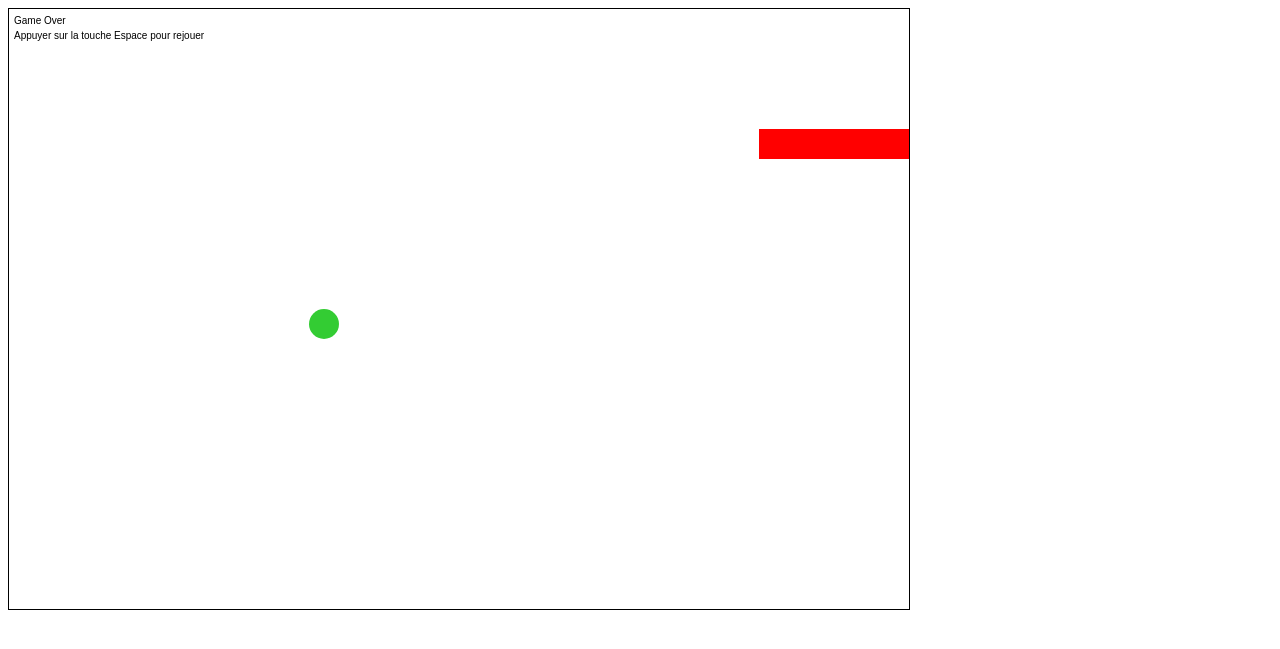
Repository: 0Memo/serpent
Page: index.html
An editor plug-in stored every save of this project. The page is shown before and after the next save, followed by the edit.
The browser window is 1280 px wide. The pictures show the whole page.

Above is the page before, as saved 2020-12-16 22:04:22.

### index.html
<!DOCTYPE html>
<html lang="es">
    <head>
        <meta charset="UTF-8">
        <meta name="viewport" content="width=device-width, initial-scale=1.0">
        <title>Juego de la serpiente></title>
    </head>
    <body>

        <script src="js/script.js"></script>
    </body>
</html>

### js/script.js
window.onload = function(){
    var canvasWidth = 900;
    var canvasHeight = 600;
    var blockSize = 30;
    var ctx;
    var delay = 100;
    var snakey;
    var appley;
    var widthInBlocks = canvasWidth / blockSize;
    var heightInBlocks = canvasHeight / blockSize;
    var score;

    init();

    function init(){
        var canvas = document.createElement('canvas');
        canvas.width = canvasWidth;
        canvas.height = canvasHeight;
        canvas.style.border = "1px solid";
        document.body.appendChild(canvas);
        ctx = canvas.getContext('2d');
        snakey = new snake([[6,4], [5,4], [4,4], [3,4], [2, 4]], "right");
        appley = new apple([10, 10]);
        score = 0;
        refreshCanvas();

    }

    function refreshCanvas(){
        snakey.advance();
        if(snakey.checkCollision())
        {
            gameOver();
        } else {
            if(snakey.isEatingApple(appley))
            {
                score++;
                snakey.ateApple = true;
                do
                {
                    appley.setNewPosition();
                }
                while(appley.isOnSnake(snakey));
            }
            ctx.clearRect(0, 0, canvasWidth, canvasHeight);
            snakey.draw();
            appley.draw();
            setTimeout(refreshCanvas,delay);
        }

    }

    function gameOver()
    {
        ctx.save();
        ctx.fillText("Game Over", 5, 15);
        ctx.fillText("Appuyer sur la touche Espace pour rejouer", 5, 30);
        ctx.restore();
    }

    function restart()
    {
        snakey = new snake([[6,4], [5,4], [4,4], [3,4], [2, 4]], "right");
        appley = new apple([10, 10]);
        score = 0;
        refreshCanvas();
    }

    function drawScore()
    {
        ctx.save();
        ctx.fillText(score.toString, 5, canvasHeight -5);
        ctx.restore();
    }

    function drawBlock(ctx, position){
        var x = position[0] * blockSize;
        var y = position[1] * blockSize;
        ctx.fillRect(x, y, blockSize, blockSize);
    }

    function snake(body, direction) {
        this.body = body;
        this.direction = direction;
        this.ateApple = false;
        this.draw = function(){
            ctx.save();
            ctx.fillStyle = "#ff0000";
            for(var i = 0; i < this.body.length; i++){
                drawBlock(ctx, this.body[i]);
            }
            ctx.restore();
        };
        this.advance = function(){
            var nextPosition = this.body[0].slice();
            switch(this.direction){
                case "left":
                    nextPosition[0] -=1;
                    break;
                case "right":
                    nextPosition[0] +=1;
                    break;
                case "down":
                    nextPosition[1] +=1;
                    break;
                case "up":
                    nextPosition[1] -=1;
                    break;
                default:
                    throw("Invalid Direction");
            }
            this.body.unshift(nextPosition);
            if(!this.ateApple)
            {
                this.body.pop();
            } else {
                this.ateApple = false;
            }
        };
        this.setDirection = function(newDirection)
        {
            var allowedDirections;
            switch(this.direction){
                case "left":
                case "right":
                    allowedDirections = ["up", "down"];
                    break;
                case "down":
                case "up":
                    allowedDirections = ["left", "right"];
                    break;
                default:
                    throw("Invalid Direction");
            }
            if(allowedDirections.indexOf(newDirection) > -1){
                this.direction = newDirection;
            };
        };
        this.checkCollision = function()
        {
            var wallCollision = false;
            var snakeCollision = false;
            var head = this.body[0];
            var rest = this.body.slice(1);
            var snakeX = head[0];
            var snakeY = head[1];
            var minX = 0;
            var minY = 0;
            var maxX = widthInBlocks  - 1;
            var maxY = heightInBlocks - 1;
            var isNotBetweenHorizontalWalls = snakeX < minX || snakeX > maxX;
            var isNotBetweenVerticalWalls = snakeY < minY || snakeY > maxY;

            if(isNotBetweenHorizontalWalls || isNotBetweenVerticalWalls)
            {
                wallCollision = true;
            }

            for(var i = 0; i < rest.length; i++){
                if(snakeX === rest[i][0] && snakeY === rest[i][1]){
                    snakeCollision = true;
                }
            }
            return wallCollision || snakeCollision;
        };
        this.isEatingApple = function(appleToEat)
        {
            var head = this.body[0];
            if(head[0] === appleToEat.position[0] && head[1] === appleToEat.position[1])
            {
                return true;
            } else {
                return false;
            }
        };
    }

    function apple(position)
    {
        this.position = position;
        this.draw = function(){
            ctx.save();
            ctx.fillStyle = "#33cc33";
            ctx.beginPath();
            var radius = blockSize / 2;
            var x = this.position[0] * blockSize + radius;
            var y = this.position[1] * blockSize + radius;
            ctx.arc(x,y, radius, 0, Math.PI*2, true);
            ctx.fill();
            ctx.restore();
        };
        this.setNewPosition = function()
        {
            var newX = Math.round(Math.random() * (widthInBlocks - 1));
            var newY = Math.round(Math.random() * (heightInBlocks - 1));
            this.position = [newX, newY];
        };

        this.isOnSnake = function(snakeToCheck)
        {
            var isOnSnake = false;
            for(i = 0; i < snakeToCheck.body.length; i++)
            {
                if(this.position[0] === snakeToCheck.body[i][0] && this.position[1] === snakeToCheck.body[i][1])
                {
                    isOnSnake = true;
                }
            }
            return isOnSnake;
        }
    };

    document.onkeydown = function handleKeyDown(e){
    var key = e.keyCode;
    var newDirection;
    switch(key){
        case 37:
            newDirection = "left";
            break;
        case 38:
            newDirection = "up";
            break;
        case 39:
            newDirection = "right";
            break;
        case 40:
            newDirection = "down";
            break;
        case 32:
            restart();
            return;
        default:
            return;
    };
    snakey.setDirection(newDirection);
};
}

After the next save:
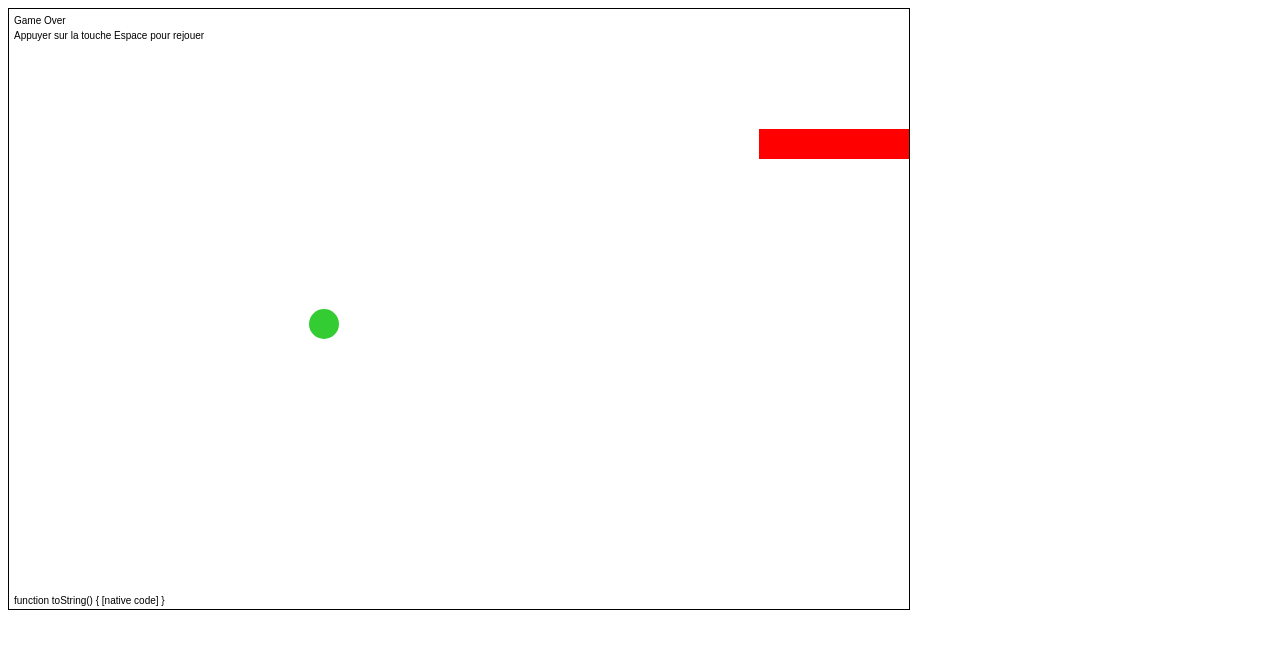
Saved 24 s later.
--- a/js/script.js
+++ b/js/script.js
@@ -45,6 +45,7 @@
             ctx.clearRect(0, 0, canvasWidth, canvasHeight);
             snakey.draw();
             appley.draw();
+            drawScore();
             setTimeout(refreshCanvas,delay);
         }
 

After the save that followed:
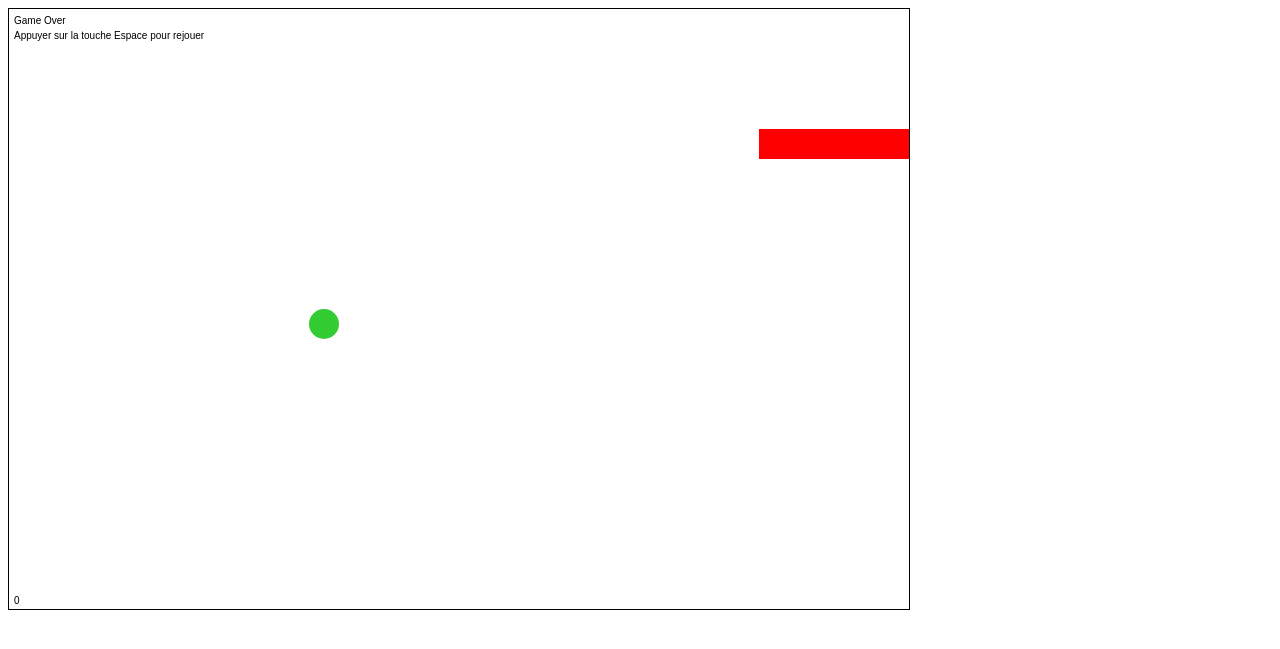
Saved 102 s later.
--- a/js/script.js
+++ b/js/script.js
@@ -70,7 +70,7 @@
     function drawScore()
     {
         ctx.save();
-        ctx.fillText(score.toString, 5, canvasHeight -5);
+        ctx.fillText(score.toString(), 5, canvasHeight -5);
         ctx.restore();
     }
 
